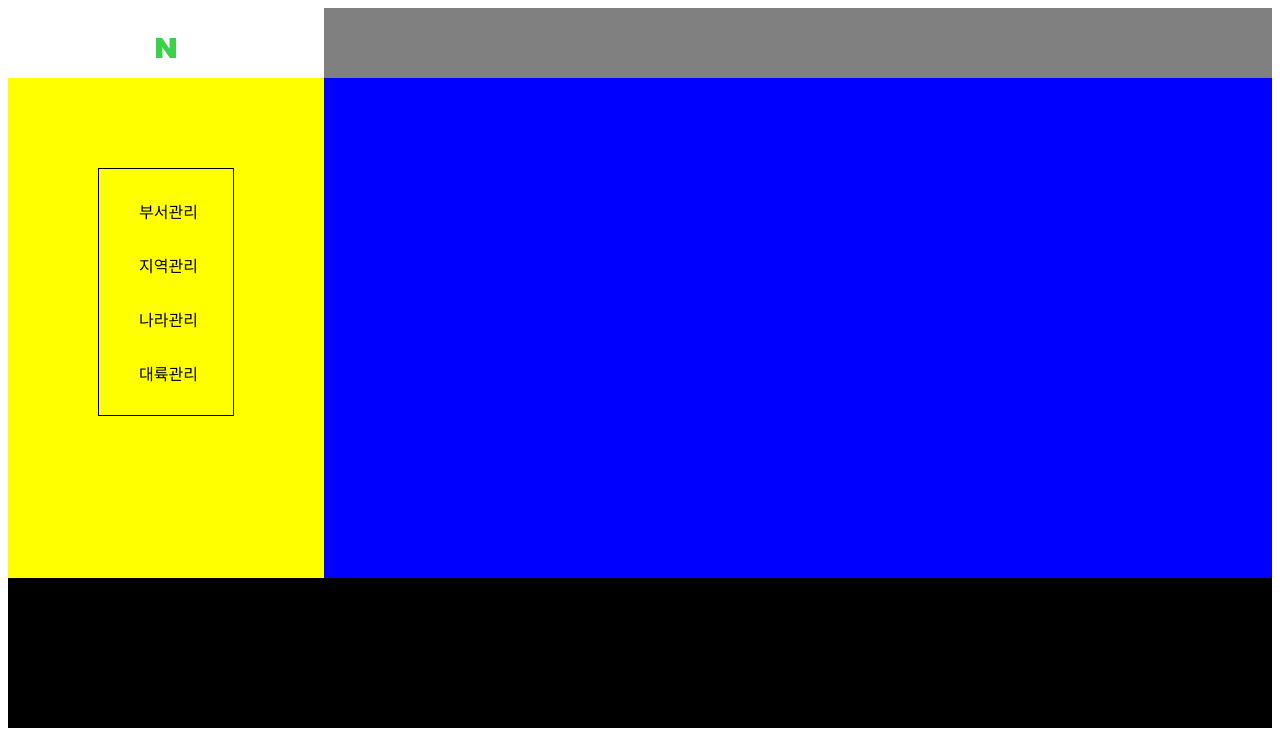
Repository: mireu930/Serverlet_App
Page: src/build/classes/webapp/template/layout.html
The author's editor kept a copy of each file at every save. The page is drawn from the files as they stood at one save, then again after the next save.
The browser window is 1280 px wide. The pictures show the whole page.

Above is the page before, as saved 2025-02-07 11:50:33.

### src/build/classes/webapp/template/layout.html
<!DOCTYPE html>
<html lang="en">
<head>
  <meta charset="UTF-8">
  <meta name="viewport" content="width=device-width, initial-scale=1.0">
  <title>Document</title>
  <style>
    header {
  width: 100%;
  height: 70px;
  /* background-color: gray; */
}

.wrap_left{
  display: flex;
}

.left {
  width: 25%;
  height: 100%;

}

.right {
  width: 75%;
  height: 100%;
}

.logo {
  /* background-color:aqua; */
  box-sizing: border-box;
  /* padding: 20px 60px; */
}

.logo img {
  display: block;
  margin: 30px auto;
}

.menu {
  background-color:gray;

}

.content {
  width: 100%;
  height: 500px;
  /* background-color: red; */
}

.content_left {
  background-color:yellow;
  /* padding: auto 10px; */
}

.content_left ul {
  list-style: none;
  border: 1px black solid;
  margin: 90px ;
}

.content_left ul li {
  margin: 30px 0;
}

.content_right {
  background-color:blue
}

footer {
  width: 100%;
  height: 150px;
  background-color: black;
}
  </style>
</head>
<body>
  <header class = "wrap_left">
    <div class = "left logo" >
      <img src = "/naver_sports/images/네이버.svg">
    </div>
    <div class = "right menu">

    </div>
  </header>
  <section class = "wrap_left content">
    <div class = "left content_left">
      <ul>
        <li>부서관리</li>
        <li>지역관리</li>
        <li>나라관리</li>
        <li>대륙관리</li>
      </ul>
    </div>
    <div class = " right content_right">

    </div>
  </section>
  <footer class = "wrap_left">
    <div class = "left footer_left">

    </div>
    <div class = "right footer_right">

    </div>
  </footer>

</body>
</html>

After the next save:
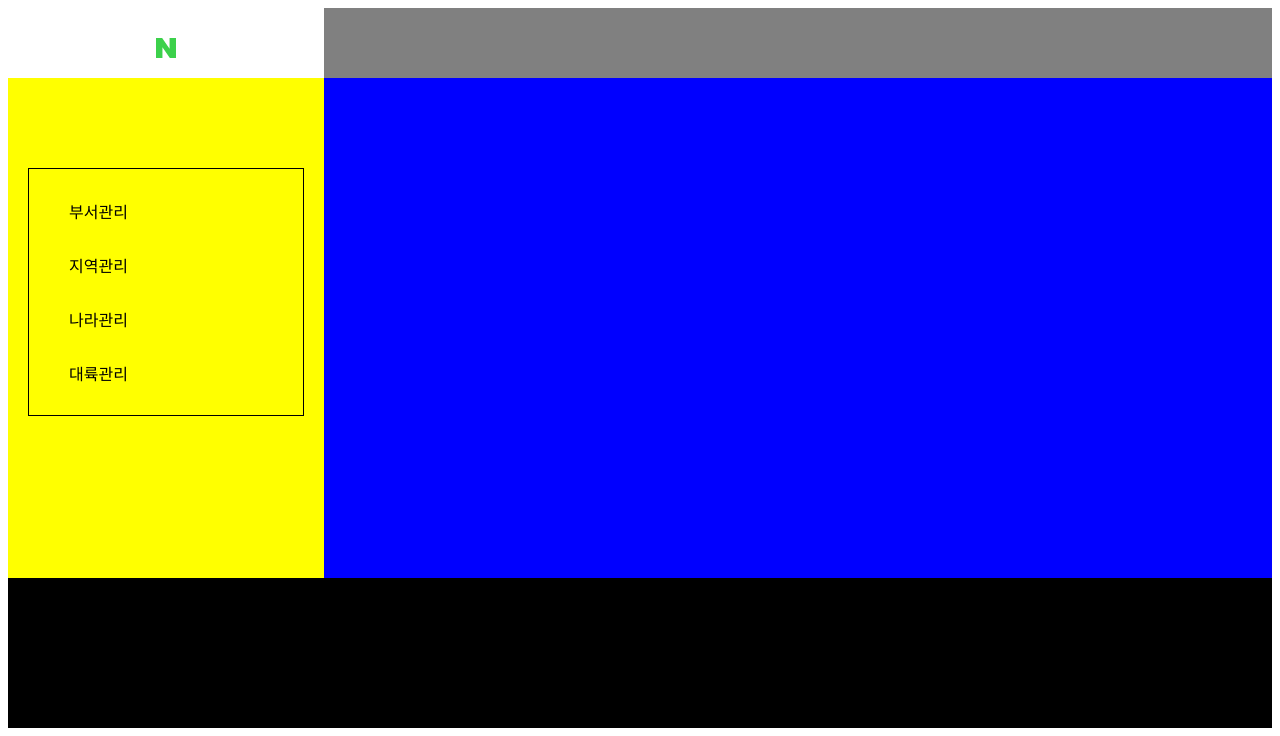
Saved 13 s later.
--- a/src/build/classes/webapp/template/layout.html
+++ b/src/build/classes/webapp/template/layout.html
@@ -56,7 +56,7 @@
 .content_left ul {
   list-style: none;
   border: 1px black solid;
-  margin: 90px ;
+  margin: 90px 20px;
 }
 
 .content_left ul li {
